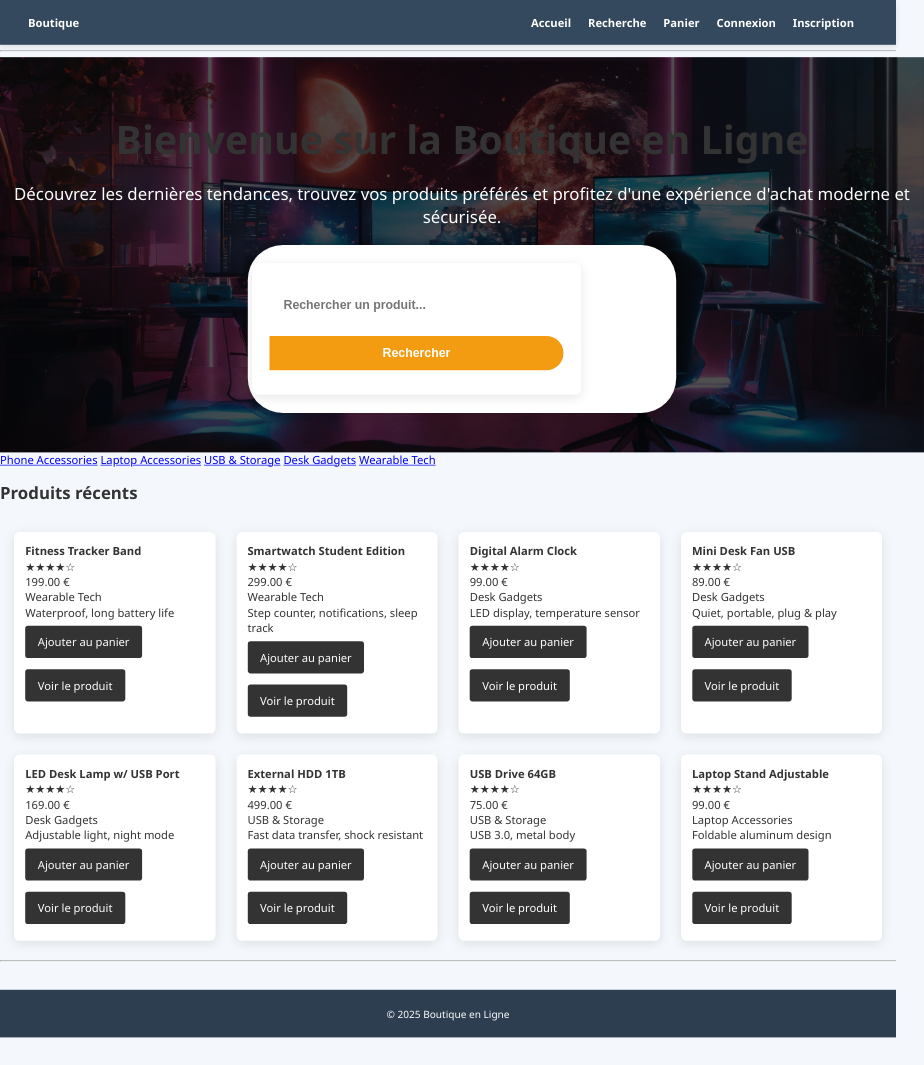
Repository: kiraj-walid/ecomerce
Page: http://localhost/
The author's editor kept a copy of each file at every save. The page is drawn from the files as they stood at one save, then again after the next save.
The browser window is 1280 px wide. The page is 1320 px wide, so the pictures cover 1320 px, including what lies to the right of the window. The pictures show the part of the page from y = 0 to 1880 px (the page is 1522 px tall before and 2527 px after), at 70% of full size.
The page is run by PHP 8.4 with error messages shown; the project is at /var/www/html/. The database holds what the project's SQL file puts in it. Queries for data that is not in the repository find no rows.

Above is the page before, as saved 2025-05-07 15:00:18.

### index.php
<?php
require_once 'includes/db.php';
require_once 'includes/functions.php';
include 'includes/header.php';

// Récupérer les 8 derniers produits
$products = $pdo->query('SELECT * FROM produits ORDER BY id DESC LIMIT 8')->fetchAll();

// Fetch categories for quick filters
$categories = $pdo->query("SELECT DISTINCT categorie FROM produits WHERE categorie IS NOT NULL AND categorie != ''")->fetchAll(PDO::FETCH_COLUMN);
?>

<div class="hero-section">
    <img src="assets/images/landingpage.webp" alt="Boutique en Ligne" class="hero-bg-img">
    <div class="hero-overlay"></div>
    <div class="hero-content">
        <div class="hero-text">
            <h1>Bienvenue sur la Boutique en Ligne</h1>
            <p>Découvrez les dernières tendances, trouvez vos produits préférés et profitez d'une expérience d'achat moderne et sécurisée.</p>
        </div>
        <div class="hero-search">
            <form action="search.php" method="GET">
                <input type="text" name="q" placeholder="Rechercher un produit..." class="search-input">
                <button type="submit" class="hero-btn">Rechercher</button>
            </form>
        </div>
    </div>
</div>

<?php if (!empty($categories)) : ?>
<div class="category-filters">
    <?php foreach ($categories as $cat) : ?>
        <a href="search.php?category=<?= urlencode($cat) ?>" class="category-card"><?= htmlspecialchars($cat) ?></a>
    <?php endforeach; ?>
</div>
<?php endif; ?>

<h2 class="recent-products-title">Produits récents</h2>

<?php if (count($products) === 0) : ?>
    <p class="no-products">Aucun produit disponible.</p>
<?php else : ?>
    <div class="product-listing">
    <?php foreach ($products as $prod) : ?>
        <div class="product-card">
            <?php
            $stmt_imgs = $pdo->prepare('SELECT image FROM images_produit WHERE produit_id = ?');
            $stmt_imgs->execute([$prod['id']]);
            $images = $stmt_imgs->fetchAll(PDO::FETCH_COLUMN);
            ?>
            <div class="product-gallery">
                <?php if ($images && count($images) > 0): ?>
                    <span onclick="prevImg(<?= $prod['id'] ?>)" class="gallery-arrow gallery-arrow-left">
                        <svg width="24" height="24" viewBox="0 0 24 24"><polyline points="15 18 9 12 15 6" fill="none" stroke="#333" stroke-width="2" stroke-linecap="round" stroke-linejoin="round"/></svg>
                    </span>
                    <img src="assets/images/<?= htmlspecialchars($images[0]) ?>" alt="<?= htmlspecialchars($prod['nom']) ?>" id="main-img-<?= $prod['id'] ?>">
                    <span onclick="nextImg(<?= $prod['id'] ?>)" class="gallery-arrow gallery-arrow-right">
                        <svg width="24" height="24" viewBox="0 0 24 24"><polyline points="9 6 15 12 9 18" fill="none" stroke="#333" stroke-width="2" stroke-linecap="round" stroke-linejoin="round"/></svg>
                    </span>
                    <?php if (count($images) > 1): ?>
                        <script>
                        var imgs<?= $prod['id'] ?> = <?= json_encode($images) ?>;
                        var idx<?= $prod['id'] ?> = 0;
                        function nextImg(pid) {
                            if (window['idx'+pid] < window['imgs'+pid].length-1) window['idx'+pid]++;
                            else window['idx'+pid]=0;
                            document.getElementById('main-img-'+pid).src = 'assets/images/' + window['imgs'+pid][window['idx'+pid]];
                        }
                        function prevImg(pid) {
                            if (window['idx'+pid] > 0) window['idx'+pid]--;
                            else window['idx'+pid]=window['imgs'+pid].length-1;
                            document.getElementById('main-img-'+pid).src = 'assets/images/' + window['imgs'+pid][window['idx'+pid]];
                        }
                        window['imgs'+<?= $prod['id'] ?>] = imgs<?= $prod['id'] ?>;
                        window['idx'+<?= $prod['id'] ?>] = 0;
                        </script>
                    <?php endif; ?>
                <?php endif; ?>
            </div>
            <strong><?= htmlspecialchars($prod['nom']) ?></strong><br>
            <div class="product-rating">★★★★☆</div>
            <span><?= number_format($prod['prix'], 2) ?> €</span><br>
            <span><?= htmlspecialchars($prod['categorie']) ?></span><br>
            <div class="product-desc">
                <?= htmlspecialchars(mb_strimwidth($prod['description'], 0, 80, '...')) ?>
            </div>
            <a href="cart.php?add=<?= $prod['id'] ?>" class="add-to-cart-btn">Ajouter au panier</a>
            <a href="product.php?id=<?= $prod['id'] ?>" class="product-details-btn">Voir le produit</a>
        </div>
    <?php endforeach; ?>
    </div>
<?php endif; ?>

<?php include 'includes/footer.php'; ?>

### includes/db.php
<?php
// Connexion à la base de données
$host = 'localhost';
$db   = 'boutique';
$user = 'root';
$pass = '';
$charset = 'utf8mb4';

$dsn = "mysql:host=$host;dbname=$db;charset=$charset";
$options = [
    PDO::ATTR_ERRMODE            => PDO::ERRMODE_EXCEPTION,
    PDO::ATTR_DEFAULT_FETCH_MODE => PDO::FETCH_ASSOC,
    PDO::ATTR_EMULATE_PREPARES   => false,
];
try {
     $pdo = new PDO($dsn, $user, $pass, $options);
} catch (PDOException $e) {
     exit('Erreur de connexion à la base de données : ' . $e->getMessage());
}

### includes/functions.php
<?php
session_start();

function is_logged_in() {
    return isset($_SESSION['user_id']);
}

function is_admin() {
    return isset($_SESSION['role']) && $_SESSION['role'] === 'admin';
}

function redirect($url) {
    header('Location: ' . $url);
    exit();
}

### includes/header.php
<?php
require_once __DIR__ . '/functions.php';
?>
<!DOCTYPE html>
<html lang="fr">
<head>
    <meta charset="UTF-8">
    <title>Boutique en Ligne</title>
    <link rel="stylesheet" href="assets/css/style.css">
</head>
<body>
<nav class="navbar">
    <div class="navbar-container">
        <a href="index.php" class="navbar-logo">Boutique</a>
        <div class="navbar-links">
            <a href="index.php">Accueil</a>
            <a href="search.php">Recherche</a>
            <a href="cart.php">Panier</a>
            <?php if (is_logged_in()): ?>
                <?php if (is_admin()): ?>
                    <a href="admin/dashboard.php">Admin</a>
                <?php else: ?>
                    <a href="profile.php">Mon Profil</a>
                <?php endif; ?>
                <a href="logout.php" class="logout">Déconnexion</a>
            <?php else: ?>
                <a href="login.php">Connexion</a>
                <a href="register.php">Inscription</a>
            <?php endif; ?>
        </div>
    </div>
</nav>
<hr>

### includes/footer.php
<hr>
<footer>
    <p>&copy; <?php echo date('Y'); ?> Boutique en Ligne</p>
</footer>
</body>
</html>

### assets/css/style.css
body {
    font-family: 'Segoe UI', sans-serif;
    background-color: #f4f7fc; /* Slightly lighter background */
    margin: 0;
    padding: 0;
    overflow-x: hidden;
    color: #333;
  }

  nav {
    background-color: #2c3e50; /* Darker navbar for contrast */
    color: #fff;
    padding: 15px;
    box-shadow: 0 4px 8px rgba(0, 0, 0, 0.1);
  }

  nav a {
    color: #fff;
    margin-right: 20px;
    text-decoration: none;
    font-weight: 600;
    transition: color 0.3s ease;
  }

  nav a:hover {
    color: #f39c12; /* Gold highlight on hover */
  }

  h1, h2 {
    color: #333;
  }

  form {
    background-color: #fff;
    padding: 25px;
    margin: 20px 0;
    border-radius: 8px;
    max-width: 420px;
    box-shadow: 0px 4px 16px rgba(0, 0, 0, 0.1);
  }

  input, button {
    margin: 10px 0;
    padding: 14px;
    width: 100%;
    box-sizing: border-box;
    border-radius: 4px;
    border: 1px solid #ccc;
  }

  footer {
    text-align: center;
    color: #888;
    font-size: 0.9em;
    margin: 40px 0;
    padding: 10px;
    background-color: #2c3e50;
    color: #fff;
  }

  .navbar {
    background-color: #34495e;
    color: #fff;
    padding: 0;
    box-shadow: 0px 4px 8px rgba(0, 0, 0, 0.1);
  }

  .navbar-container {
    max-width: 1200px;
    margin: 0 auto;
    display: flex;
    align-items: center;
    justify-content: space-between;
    padding: 0 24px;
    height: 64px;
  }

  .hero-section {
    position: relative;
    width: 100%;
    min-height: 480px;
    display: flex;
    align-items: center;
    justify-content: center;
    background-color: #1a1d21;
    color: #fff;
    padding: 40px 20px;
    text-align: center;
  }

  .hero-bg-img {
    position: absolute;
    width: 100%;
    height: 100%;
    object-fit: cover;
    z-index: 1;
    opacity: 0.75;
  }

  .hero-overlay {
    position: absolute;
    width: 100%;
    height: 100%;
    background-color: rgba(0, 0, 0, 0.6);
    z-index: 2;
  }

  .hero-content {
    position: relative;
    z-index: 3;
  }

  .hero-text h1 {
    font-size: 3.5em;
    margin-bottom: 16px;
    font-weight: bold;
  }

  .hero-text p {
    font-size: 1.5em;
    margin-bottom: 24px;
  }

  .hero-search {
    display: flex;
    align-items: center;
    background-color: #fff;
    border-radius: 50px;
    box-shadow: 0 2px 12px rgba(0, 0, 0, 0.1);
    width: 80%;
    max-width: 600px;
    margin: 16px auto;
    padding: 6px;
  }

  .hero-search input {
    flex: 1;
    padding: 14px 20px;
    border: none;
    border-radius: 50px 0 0 50px;
    outline: none;
    font-size: 1.1em;
    font-weight: 600;
  }

  .hero-search button {
    padding: 14px 30px;
    border: none;
    background-color: #f39c12; /* Bright yellow button */
    color: #fff;
    border-radius: 0 50px 50px 0;
    cursor: pointer;
    font-weight: bold;
    font-size: 1.1em;
  }

  .hero-search button:hover {
    background-color: #e67e22;
  }

  .product-listing {
    display: grid;
    grid-template-columns: repeat(auto-fill, minmax(280px, 1fr));
    gap: 30px;
    padding: 20px;
  }

  .product-card {
    background-color: #fff;
    padding: 16px;
    border-radius: 8px;
    box-shadow: 0px 4px 16px rgba(0, 0, 0, 0.1);
    transition: transform 0.3s ease, box-shadow 0.3s ease;
  }

  .product-card:hover {
    transform: translateY(-6px);
    box-shadow: 0px 8px 24px rgba(0, 0, 0, 0.15);
  }

  .product-gallery img {
    width: 100%;
    height: auto;
    border-radius: 6px;
    margin-bottom: 8px;
  }

  .add-to-cart-btn, .product-details-btn {
    display: inline-block;
    padding: 12px 18px;
    margin: 8px 0;
    background-color: #333;
    color: #fff;
    text-decoration: none;
    border-radius: 4px;
    transition: background-color 0.3s ease;
  }

  .add-to-cart-btn:hover, .product-details-btn:hover {
    background-color: #555;
  }

  /* Responsive adjustments */
  @media screen and (max-width: 768px) {
    .navbar-container {
      flex-direction: column;
      align-items: flex-start;
    }

    .hero-text h1 {
      font-size: 2.5em;
    }

    .hero-text p {
      font-size: 1.2em;
    }

    .hero-search {
      flex-direction: column;
      width: 100%;
    }

    .hero-search input, .hero-search button {
      width: 100%;
      margin-bottom: 10px;
    }
  }

### sql/schema.sql (the tables this page reads)
CREATE TABLE IF NOT EXISTS produits (
    id INT AUTO_INCREMENT PRIMARY KEY,
    nom VARCHAR(100),
    description TEXT,
    prix DECIMAL(10,2),
    categorie VARCHAR(50),
    image VARCHAR(255)
);

INSERT INTO produits (nom, prix, description, categorie) VALUES
('Silicone Phone Case', 39, 'Ultra-thin, shockproof, multiple colors', 'Phone Accessories'),
('Wireless Earbuds', 129, 'Bluetooth 5.0, 4h battery life', 'Phone Accessories'),
('Magnetic Phone Holder', 49, 'For car or desk, 360° rotation', 'Phone Accessories'),
('Fast Charging Cable (Type-C)', 29, 'Braided, durable, 1.5m length', 'Phone Accessories');

INSERT INTO produits (nom, prix, description, categorie) VALUES
('Laptop Cooling Pad', 139, '5 silent fans, adjustable tilt angles', 'Laptop Accessories'),
('Wireless Mouse', 79, 'Compact, USB receiver included', 'Laptop Accessories'),
('Laptop Stand Adjustable', 99, 'Foldable aluminum design', 'Laptop Accessories');

INSERT INTO produits (nom, prix, description, categorie) VALUES
('USB Drive 64GB', 75, 'USB 3.0, metal body', 'USB & Storage'),
('External HDD 1TB', 499, 'Fast data transfer, shock resistant', 'USB & Storage');

INSERT INTO produits (nom, prix, description, categorie) VALUES
('LED Desk Lamp w/ USB Port', 169, 'Adjustable light, night mode', 'Desk Gadgets'),
('Mini Desk Fan USB', 89, 'Quiet, portable, plug & play', 'Desk Gadgets'),
('Digital Alarm Clock', 99, 'LED display, temperature sensor', 'Desk Gadgets');

INSERT INTO produits (nom, prix, description, categorie) VALUES
('Smartwatch Student Edition', 299, 'Step counter, notifications, sleep track', 'Wearable Tech'),
('Fitness Tracker Band', 199, 'Waterproof, long battery life', 'Wearable Tech');

After the next save:
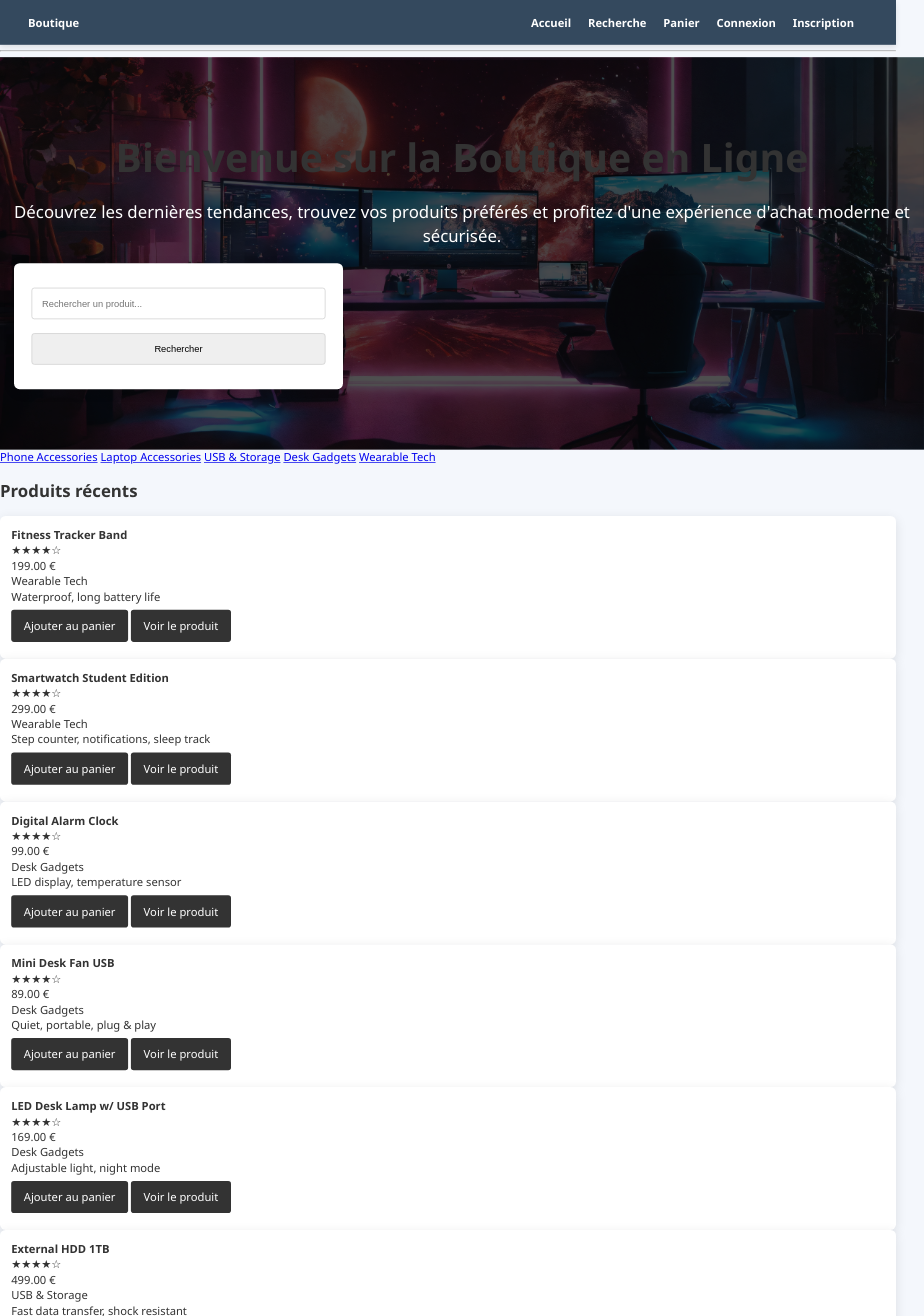
Saved 58 s later.
--- a/assets/css/style.css
+++ b/assets/css/style.css
@@ -121,7 +121,7 @@ body {
     margin-bottom: 24px;
   }
 
-  .hero-search {
+  /* .hero-search {
     display: flex;
     align-items: center;
     background-color: #fff;
@@ -156,7 +156,7 @@ body {
 
   .hero-search button:hover {
     background-color: #e67e22;
-  }
+  } */
 
   .product-listing {
     display: grid;
